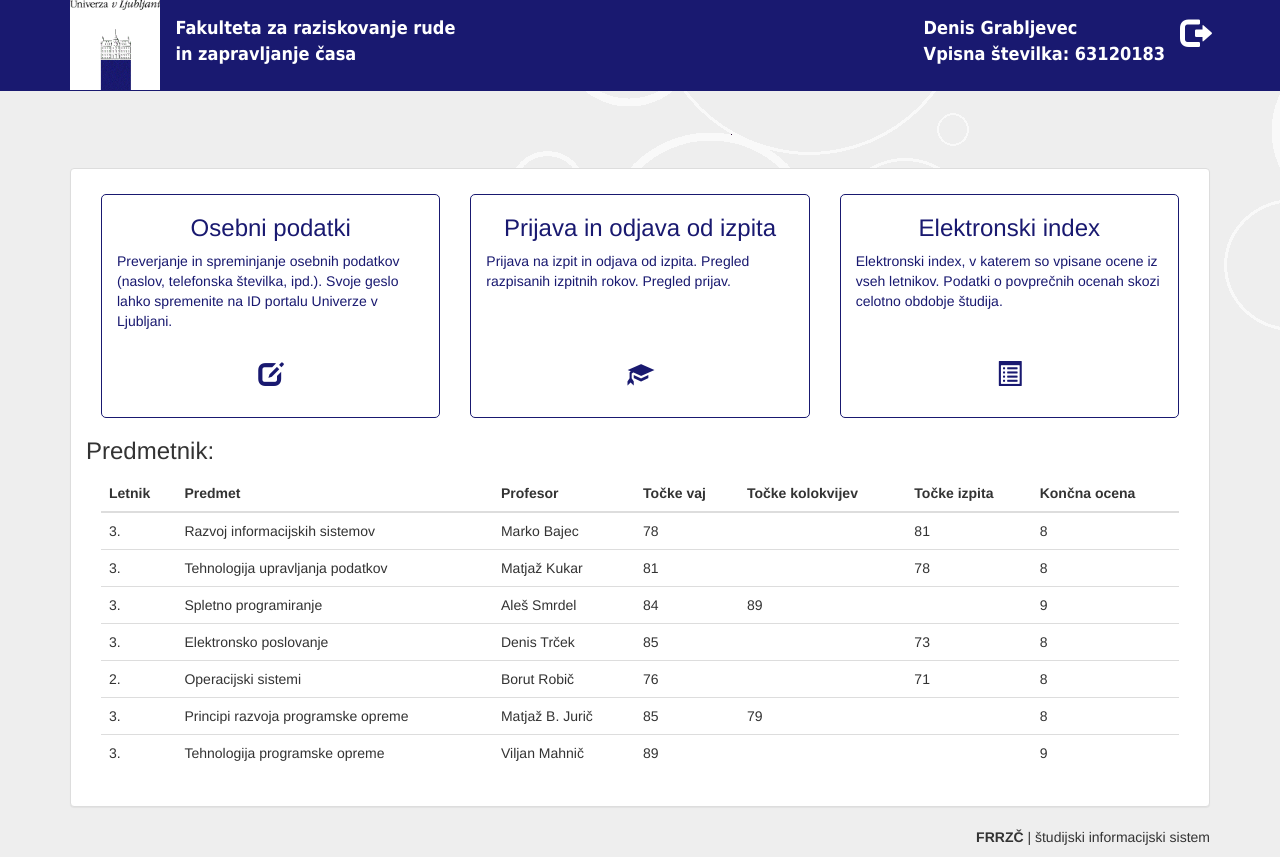
Repository: Denten7/e-student
Page: client/views/student.html
The author's editor kept a record of every edit. The page is drawn from the files as they stood at one moment, then again after the next edit.
The browser window is 1280 px wide. The pictures show the whole page.

Above is the page before.

After the next edit:
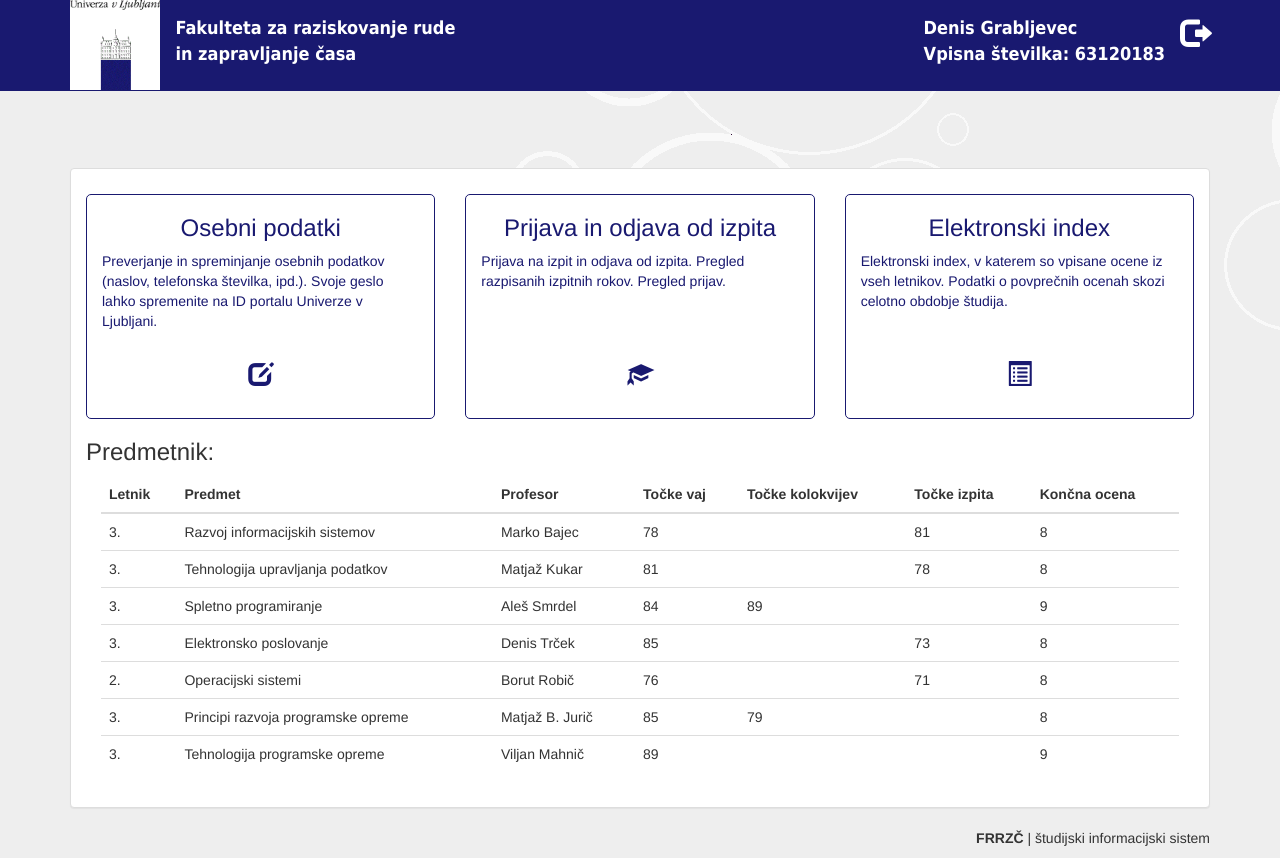
The edit:
--- a/client/views/student.html
+++ b/client/views/student.html
@@ -32,9 +32,7 @@
         <div class="panel panel-default" style="margin-top: 5%;">
             <div class="panel-body" style="padding-top: 25px;">
                 <div class="row">
-
-                </div>
-                <div class="col-md-4 col-xs-12 col-sm-12">
+                    <div class="col-md-4 col-xs-12 col-sm-12">
                     <a href="student-podatki.html">
                         <div class="col-md-12 col-xs-12 col-sm-12 izbirni-gumb">
                             <h3 style="text-align: center">Osebni podatki</h3>
@@ -61,6 +59,8 @@
                         </div>
                     </a>
                 </div>
+                </div>
+
                 <div class="row">
                     <div class="col-md-12">
                     <h3 style="margin-top: 20px;">Predmetnik:</h3>
